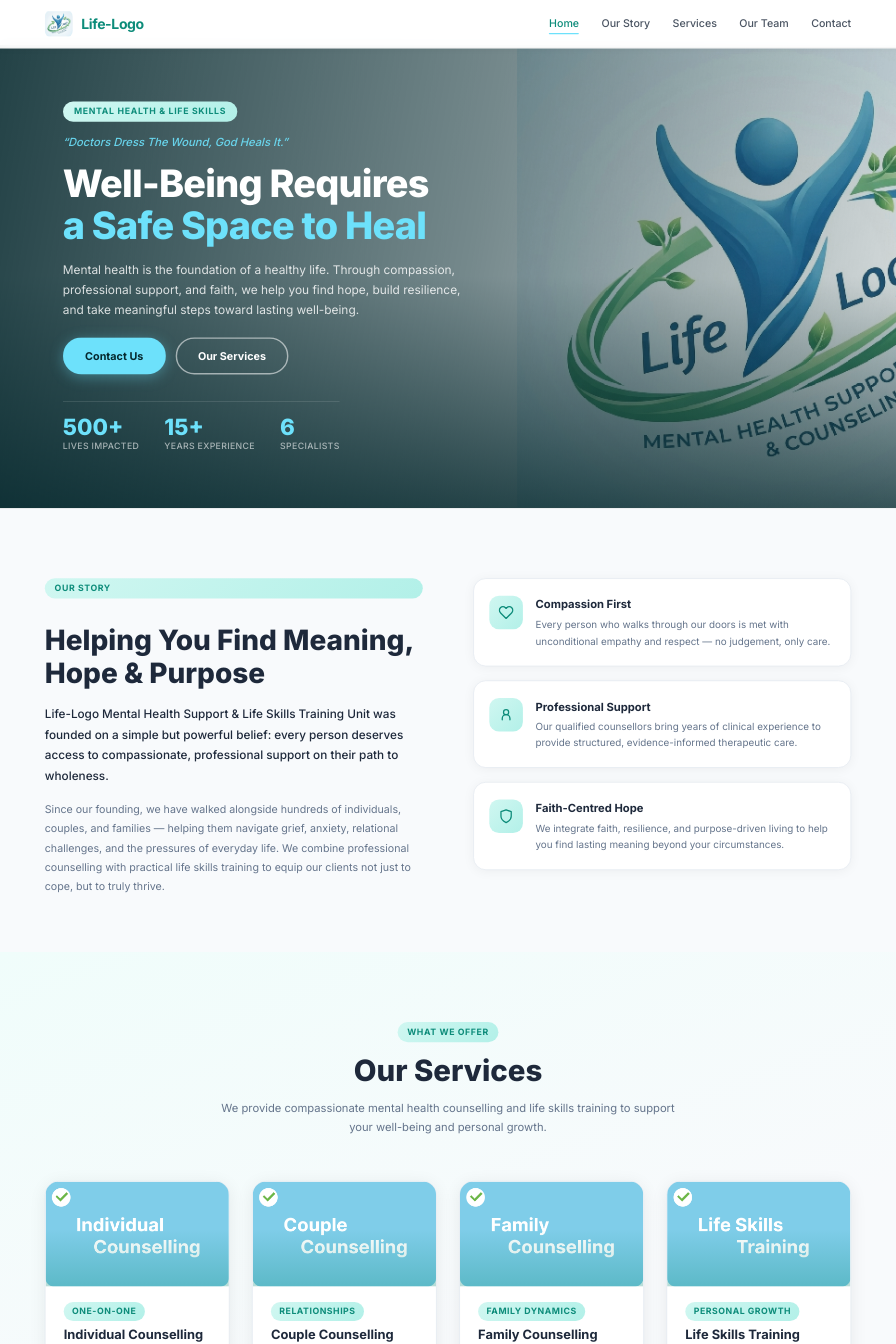
Repository: Tan47s/Lifelogo
Page: /
These files come from the project's save history. The page is drawn as it stood at one moment and after the next save; the edit follows.
The browser window is 1280 px wide. The pictures show the part of the page from y = 0 to 1920 px (the page is 5558 px tall), at 70% of full size.
The project was rebuilt for these pictures with package versions that can differ from the ones it lists, and the page was loaded fresh each time. Also part of the build but not shown: vite.config.js.

Above is the page before, as saved 2026-08-23 11:21:02.

After the next save:
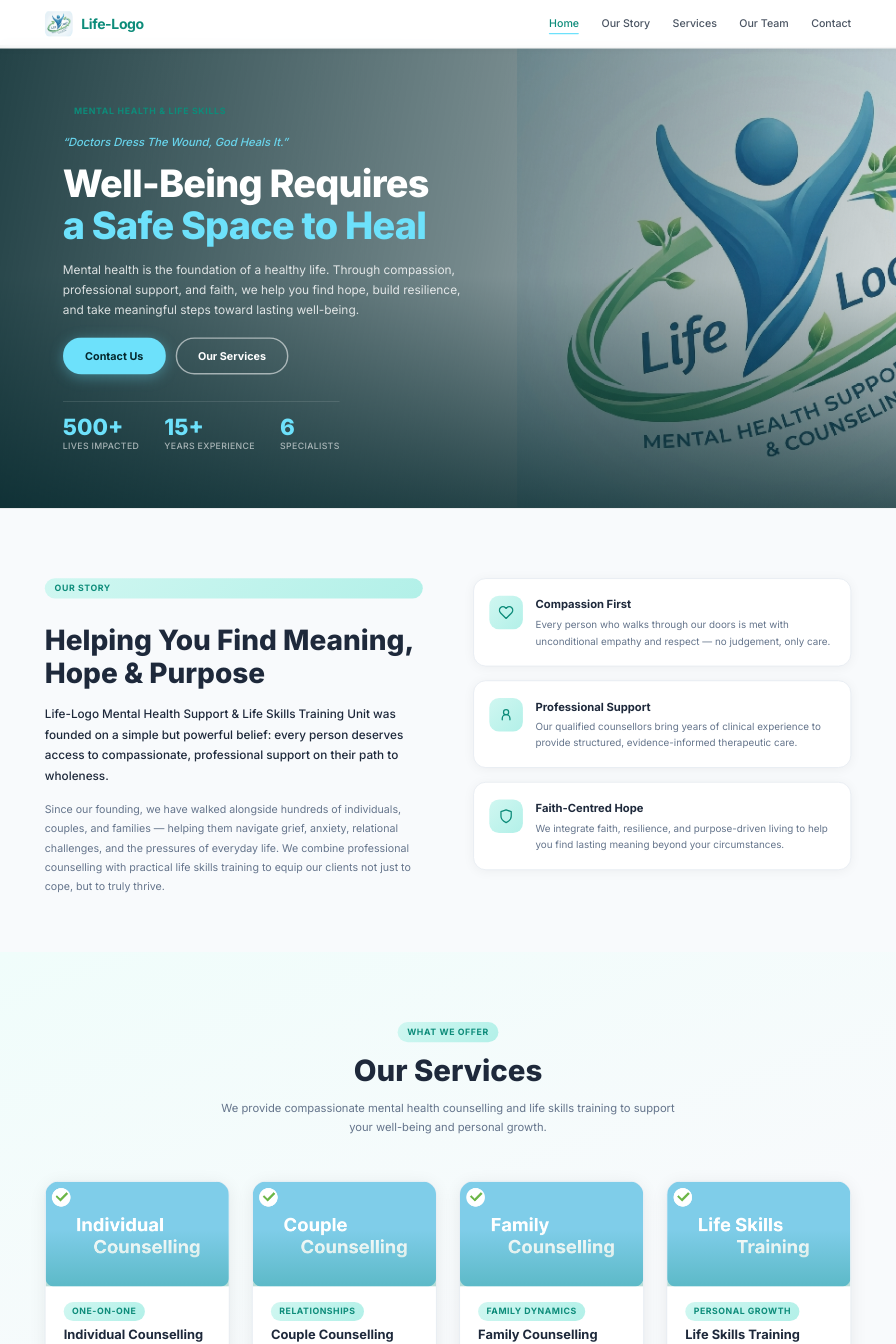
Saved 104 s later.
--- a/src/comp/herocon.css
+++ b/src/comp/herocon.css
@@ -42,7 +42,7 @@
 /* ---- Eyebrow badge ---- */
 .hero-badge {
   display: inline-block;
-  background: linear-gradient(135deg, #d0f7f1, #b2f0e8);
+
   color: #0d8c7a;
   font-size: 0.78rem;
   font-weight: 700;

After the save that followed:
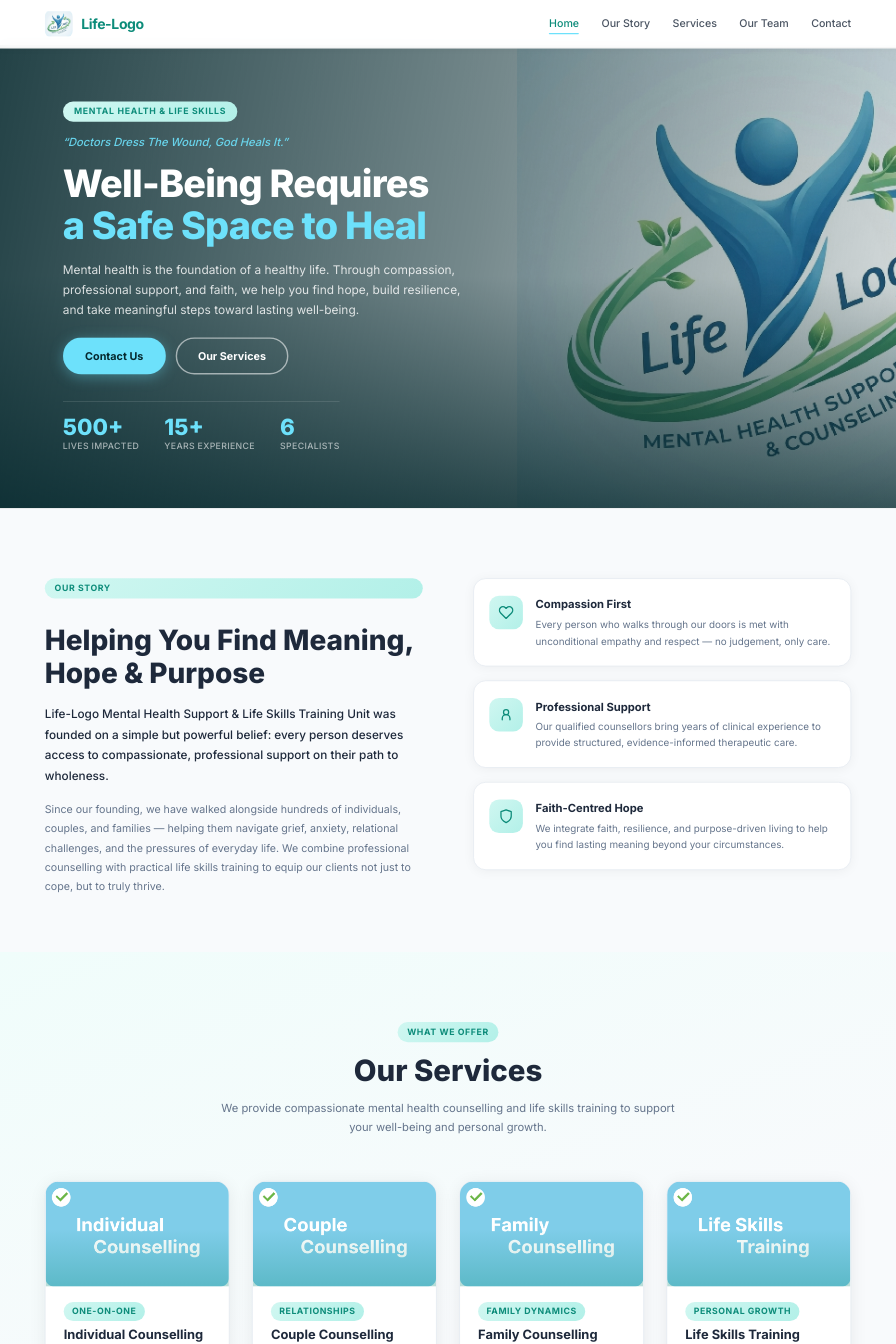
Saved 5 s later.
--- a/src/comp/herocon.css
+++ b/src/comp/herocon.css
@@ -42,7 +42,7 @@
 /* ---- Eyebrow badge ---- */
 .hero-badge {
   display: inline-block;
-
+  background: linear-gradient(135deg, #d0f7f1, #b2f0e8);
   color: #0d8c7a;
   font-size: 0.78rem;
   font-weight: 700;
